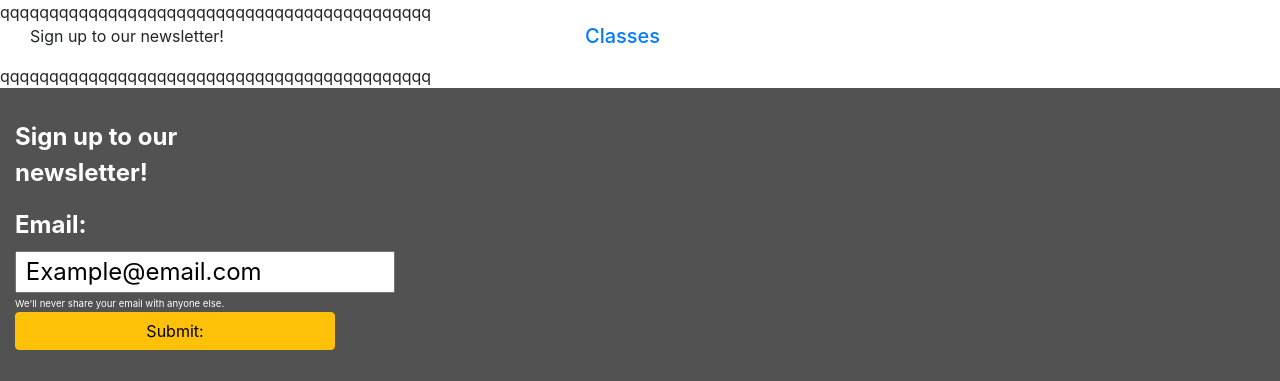
Repository: Felix-Redwood/Interactive-Frontend-Development-Milestone-Project
Page: index.html
The author's editor kept a record of every edit. The page is drawn from the files as they stood at one moment, then again after the next edit.
The browser window is 1280 px wide. The pictures show the part of the page from y = 720 to 1175 px (the page is 1101 px tall before and 1175 px after).
Backgrounds fixed to the window are drawn as part of the page.

Above is the page before.

After the next edit:
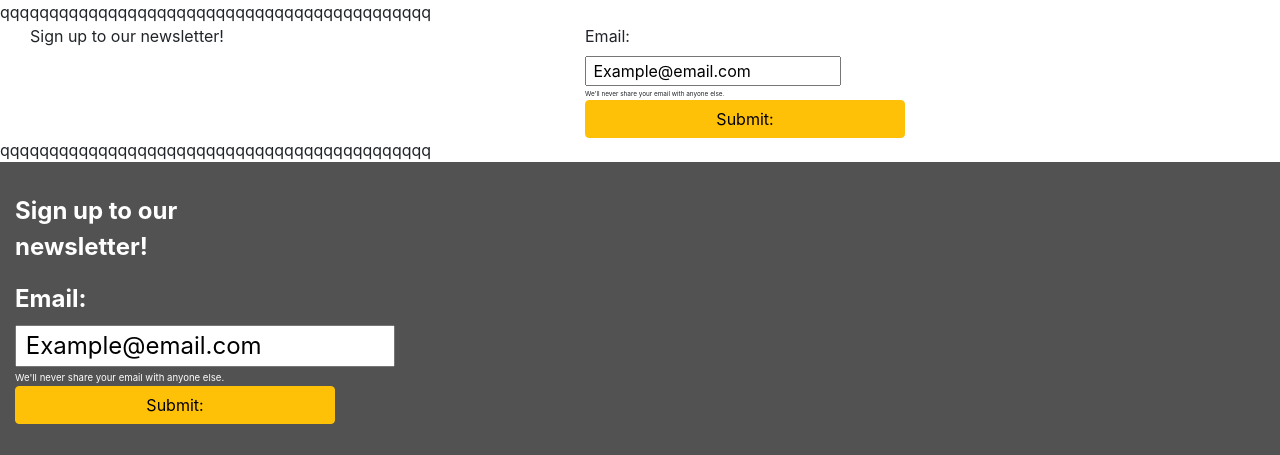
The edit:
--- a/index.html
+++ b/index.html
@@ -48,7 +48,14 @@
                     <div class="col-12 col-md-6">
                         <div class="media">
                             <div class="media-body">
-                                <h5 class="uppercase general-sub main-links-text"><a href="classes.html">Classes</a></h5>
+                                <form action="" method="post">
+                                        <!-- this form will gather the emails -->
+                                        <label for="user-email" class="">Email:</label> <br>
+                                        <input type="text" name="user-email" id="uemail" value=" Example@email.com " class="email-input" />
+                                        <small id="emailHelp" class="form-text">We'll never share your email with anyone else.</small>
+                                        <button type="button" class="btn btn-warning">Submit:</button>
+                                        <!--TO DO - MAKE EMAIL FORM AND SUBMIT BUTTON GO SIDE BY SIDE-->
+                                    </form>
                             </div>
                         </div>
                     </div>
